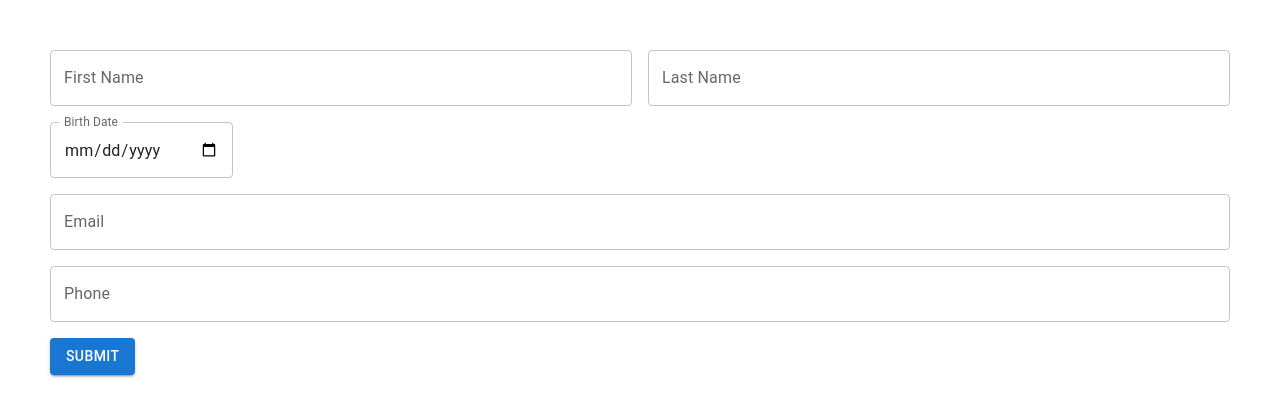
Repository: lenx0/front-client-manager
Page: /
The author's editor kept a copy of each file at every save. The page is drawn from the files as they stood at one save, then again after a run of saves.
The browser window is 1280 px wide. The pictures show the whole page.
The project was rebuilt for these pictures with package versions that can differ from the ones it lists, and the page was loaded fresh each time. Also part of the build but not shown: vite.config.js, src/App.css.

Above is the page before, as saved 2024-06-24 23:19:02.

### index.html
<!doctype html>
<html lang="en">
  <head>
    <meta charset="UTF-8" />
    <meta name="viewport" content="width=device-width, initial-scale=1.0" />
    <title>Client Manager</title>
  </head>
  <body>
    <div id="root"></div>
    <script type="module" src="/src/main.jsx"></script>
  </body>
</html>

### src/App.jsx
import { Box } from '@mui/material'
import './App.css'
import UserForm from './components/UserForm'

function App() {

  return (
    <Box sx={{ padding: '50px' }}>
      <UserForm />
    </Box>
  )
}

export default App

### src/components/UserForm.jsx
import React from 'react';
import { useForm } from 'react-hook-form';
import CustomInput from './CustomInput';
import { Button, Grid } from '@mui/material';
import axios from 'axios';

const UserForm = () => {
  const { handleSubmit, control, reset } = useForm();

  const onSubmit = async (data) => {
    try {
      const response = await axios.post('http://localhost:3100/v1/users/create', data);
      console.log('Dados enviados com sucesso:', response.data);
      reset();
    } catch (error) {
      console.error('Erro ao enviar dados:', error);
    }
  };

  return (
    <form onSubmit={handleSubmit(onSubmit)}>
      <Grid container spacing={2}>
        <Grid item xs={6}>
          <CustomInput
            name="firstName"
            control={control}
            label="First Name"
            rules={{ required: 'First name is required' }}
          />
        </Grid>
        <Grid item xs={6}>
          <CustomInput
            name="lastName"
            control={control}
            label="Last Name"
            rules={{ required: 'Last name is required' }}
          />
        </Grid>
        <Grid item xs={2}>
          <CustomInput
            name="birthDate"
            control={control}
            label="Birth Date"
            placeHolder="none"
            type="date"
            rules={{ required: 'Birth date is required' }}
            defaultValue=""
          />
        </Grid>
        <Grid item xs={12}>
          <CustomInput
            name="email"
            control={control}
            label="Email"
            type="email"
            rules={{
              required: 'Email is required',
              pattern: {
                value: /^[a-zA-Z0-9_.+-]+@[a-zA-Z0-9-]+\.[a-zA-Z0-9-.]+$/,
                message: 'Enter a valid email address',
              },
            }}
          />
        </Grid>
        <Grid item xs={12}>
          <CustomInput
            name="phone"
            control={control}
            label="Phone"
            rules={{ required: 'Phone number is required' }}
          />
        </Grid>
        <Grid item xs={12}>
          <Button type="submit" variant="contained" color="primary">
            Submit
          </Button>
        </Grid>
      </Grid>
    </form>
  );
};

export default UserForm;

### src/components/CustomInput.jsx
import React from 'react';
import { Controller } from 'react-hook-form';
import TextField from '@mui/material/TextField';

const CustomInput = ({ name, control, label, type = 'text', rules, defaultValue = '' }) => {
  return (
    <Controller
      name={name}
      control={control}
      defaultValue={defaultValue}
      rules={rules}
      render={({ field, fieldState: { error } }) => (
        <TextField
          {...field}
          label={label}
          type={type}
          error={!!error}
          helperText={error ? error.message : null}
          variant="outlined"
          InputLabelProps={type === 'date' ? { shrink: true } : {}}
          fullWidth
        />
      )}
    />
  );
};

export default CustomInput;

Loaded but not shown: src/main.jsx (common file); src/index.css (common file)

After the next 3 saves:
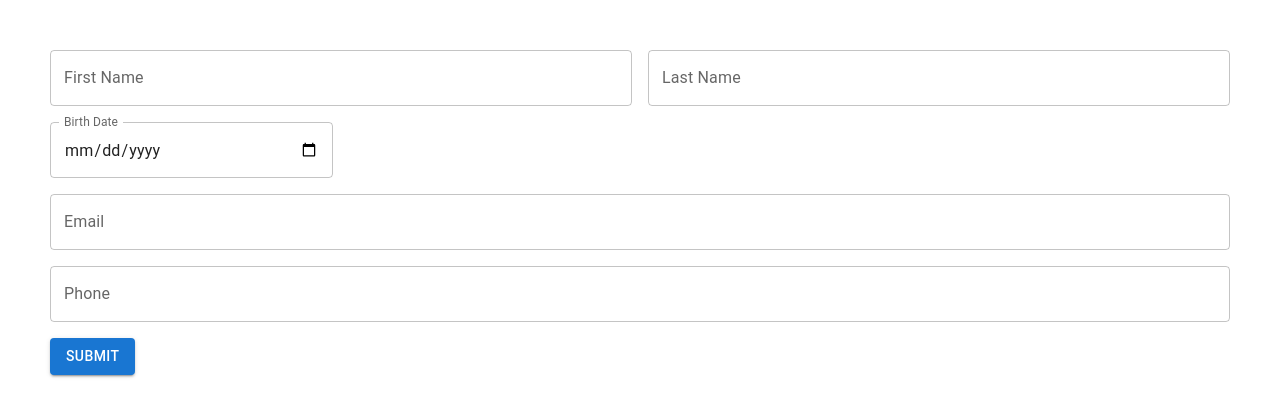
The 3 saves are shown as one change because they came seconds apart.
The last was saved 23 s later.
--- a/src/components/UserForm.jsx
+++ b/src/components/UserForm.jsx
@@ -36,7 +36,7 @@
             rules={{ required: 'Last name is required' }}
           />
         </Grid>
-        <Grid item xs={2}>
+        <Grid item xs={3}>
           <CustomInput
             name="birthDate"
             control={control}

After the 3 saves that followed:
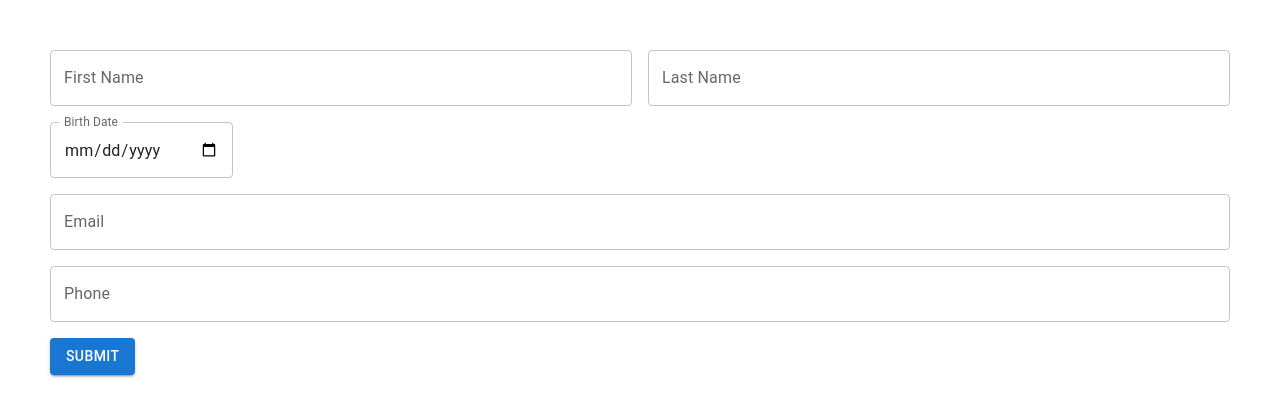
The 3 saves are shown as one change because they came seconds apart.
The last was saved 7 s later.
--- a/src/components/UserForm.jsx
+++ b/src/components/UserForm.jsx
@@ -36,7 +36,7 @@
             rules={{ required: 'Last name is required' }}
           />
         </Grid>
-        <Grid item xs={3}>
+        <Grid item xs={2}>
           <CustomInput
             name="birthDate"
             control={control}
